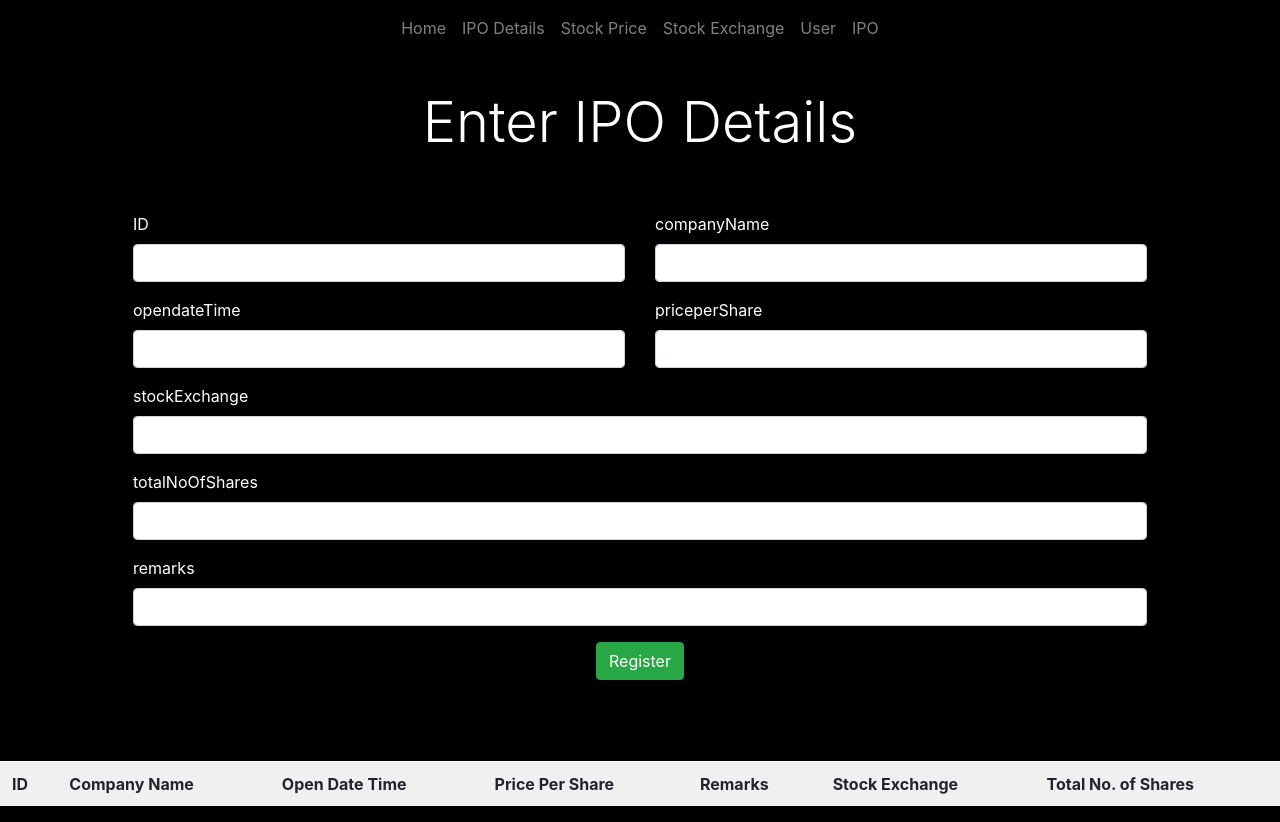
Repository: Gurudutt-S/cts-training
Page: http://localhost/StockExchangeChartingWeb/WEB-INF/views/ipos.jsp
These files come from the project's save history. The page is drawn as it stood at one moment and after the next save; the edit follows.
The browser window is 1280 px wide. The pictures show the whole page.
The page is served by Tomcat 9. Nobody is signed in. Other server files are loaded and not shown. The template is opened directly, without the code that normally fills it, so the values that code supplies are empty.

Above is the page before, as saved 2020-02-12 07:19:37.
Console error (its wording comes from the project's code and is left out).

### Day_36/StockExchangeChartingWeb/src/main/webapp/WEB-INF/views/ipos.jsp
<%@include file="header.jsp"%>
<%@taglib uri="http://www.springframework.org/tags/form" prefix="form"%>
<%@taglib uri="http://java.sun.com/jsp/jstl/core" prefix="c"%>

<h2 class="display-4 text-center">Enter IPO Details</h2>

<c:url var="ipoUrl" value="/ipo/save" />

<div class="container">
	<form:form action="${ipoUrl }" modelAttribute="ipo" class="p-5">

		<div class="row">
			<div class="form-group col">
				<form:label path="id">ID</form:label>
				<form:input path="id" class="form-control" />
			</div>
			<div class="form-group col">
				<form:label path="companyName">companyName</form:label>
				<form:input path="companyName" class="form-control" />
			</div>
		</div>
		<div class="row">
			<div class="form-group col">
				<form:label path="opendateTime">opendateTime</form:label>
				<form:input path="opendateTime" class="form-control" />
			</div>
			<div class="form-group col	">
				<form:label path="priceperShare">priceperShare</form:label>
				<form:input path="priceperShare" class="form-control" />
			</div>
		</div>
		<div class="form-group">
			<form:label path="stockExchange">stockExchange</form:label>
			<form:input path="stockExchange" class="form-control" />
		</div>
		<div class="form-group">
			<form:label path="totalNoOfShares">totalNoOfShares</form:label>
			<form:input path="totalNoOfShares" class="form-control" />
		</div>
		<div class="form-group">
			<form:label path="remarks">remarks</form:label>
			<form:input path="remarks" class="form-control" />
		</div>

		<div class="text-center">
			<input type="submit" value="Register" class="btn btn-success ">
		</div>

	</form:form>
</div>

<hr>

<div>
	<table class="table table-light table-hover table-striped">
		<tr>
			<th>ID</th>
			<th>Company Name</th>
			<th>Open Date Time</th>
			<th>Price Per Share</th>
			<th>Remarks</th>
			<th>Stock Exchange</th>
			<th>Total No. of Shares</th>
		</tr>
		<tbody>
			<c:forEach var="ipo" items="${ipo }">
				<tr>
					<td>${ipo.id }</td>
					<td>${ipo.companyName }</td>
					<td>${ipo.opendateTime }</td>
					<td>${ipo.priceperShare }</td>
					<td>${ipo.remarks }</td>
					<td>${ipo.stockExchange }</td>
					<td>${ipo.totalNoOfShares }</td>
				</tr>
			</c:forEach>
		</tbody>

	</table>
</div>

</body>
</html>

### Day_36/StockExchangeChartingWeb/src/main/webapp/WEB-INF/views/header.jsp
<%@ page isELIgnored="false"%>
<%@ taglib uri="http://java.sun.com/jsp/jstl/core" prefix="c"%>
<html>
<head>
<link rel="stylesheet"
	href="https://stackpath.bootstrapcdn.com/bootstrap/4.4.1/css/bootstrap.min.css"
	integrity="sha384-Vkoo8x4CGsO3+Hhxv8T/Q5PaXtkKtu6ug5TOeNV6gBiFeWPGFN9MuhOf23Q9Ifjh"
	crossorigin="anonymous">
<script
	src="https://stackpath.bootstrapcdn.com/bootstrap/4.4.1/js/bootstrap.min.js"
	integrity="sha384-wfSDF2E50Y2D1uUdj0O3uMBJnjuUD4Ih7YwaYd1iqfktj0Uod8GCExl3Og8ifwB6"
	crossorigin="anonymous"></script>


</head>
<body style="color: white; background-color: black;">

	<nav class="navbar navbar-expand-lg navbar-dark ">
		<div class="collapse navbar-collapse">
			<ul class="navbar-nav mx-auto">
				<li class="nav-item"><a href="home" class="nav-link">Home</a></li>
				<li class="nav-item"><a href="ipoDetails" class="nav-link">IPO
						Details</a></li>
				<li class="nav-item"><a href="stockPrice" class="nav-link">Stock
						Price</a></li>
				<li class="nav-item"><a href="stockExchange" class="nav-link">Stock
						Exchange</a></li>
				<li class="nav-item"><a href="user-home" class="nav-link">User
						</a></li>
				<li class="nav-item"><a href="ipo-home" class="nav-link">IPO
						</a></li>
			</ul>
		</div>
	</nav>

	<hr>

</body>
</html>

After the next save:
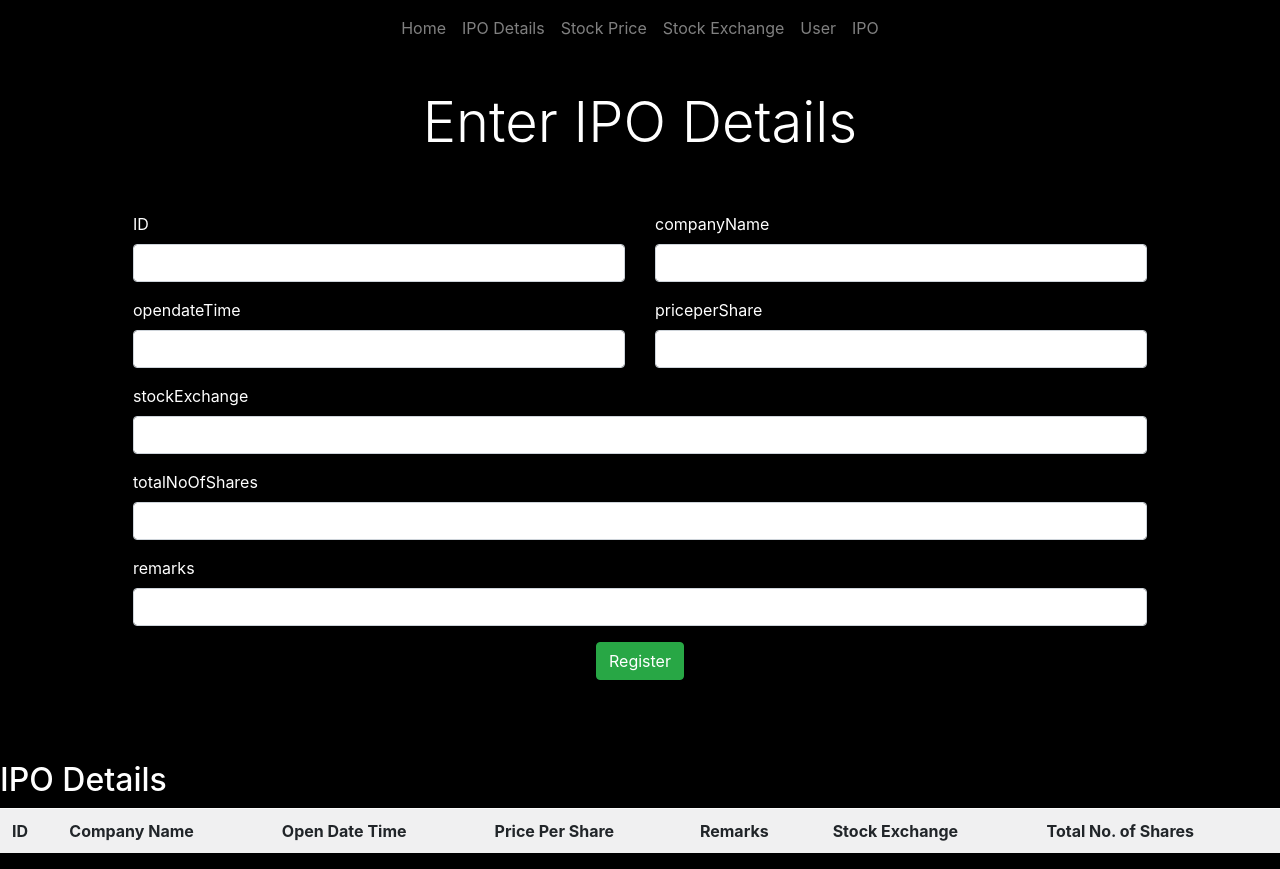
Saved 64 s later.
--- a/Day_36/StockExchangeChartingWeb/src/main/webapp/WEB-INF/views/ipos.jsp
+++ b/Day_36/StockExchangeChartingWeb/src/main/webapp/WEB-INF/views/ipos.jsp
@@ -52,6 +52,7 @@
 <hr>
 
 <div>
+	<h2>IPO Details</h2>
 	<table class="table table-light table-hover table-striped">
 		<tr>
 			<th>ID</th>
